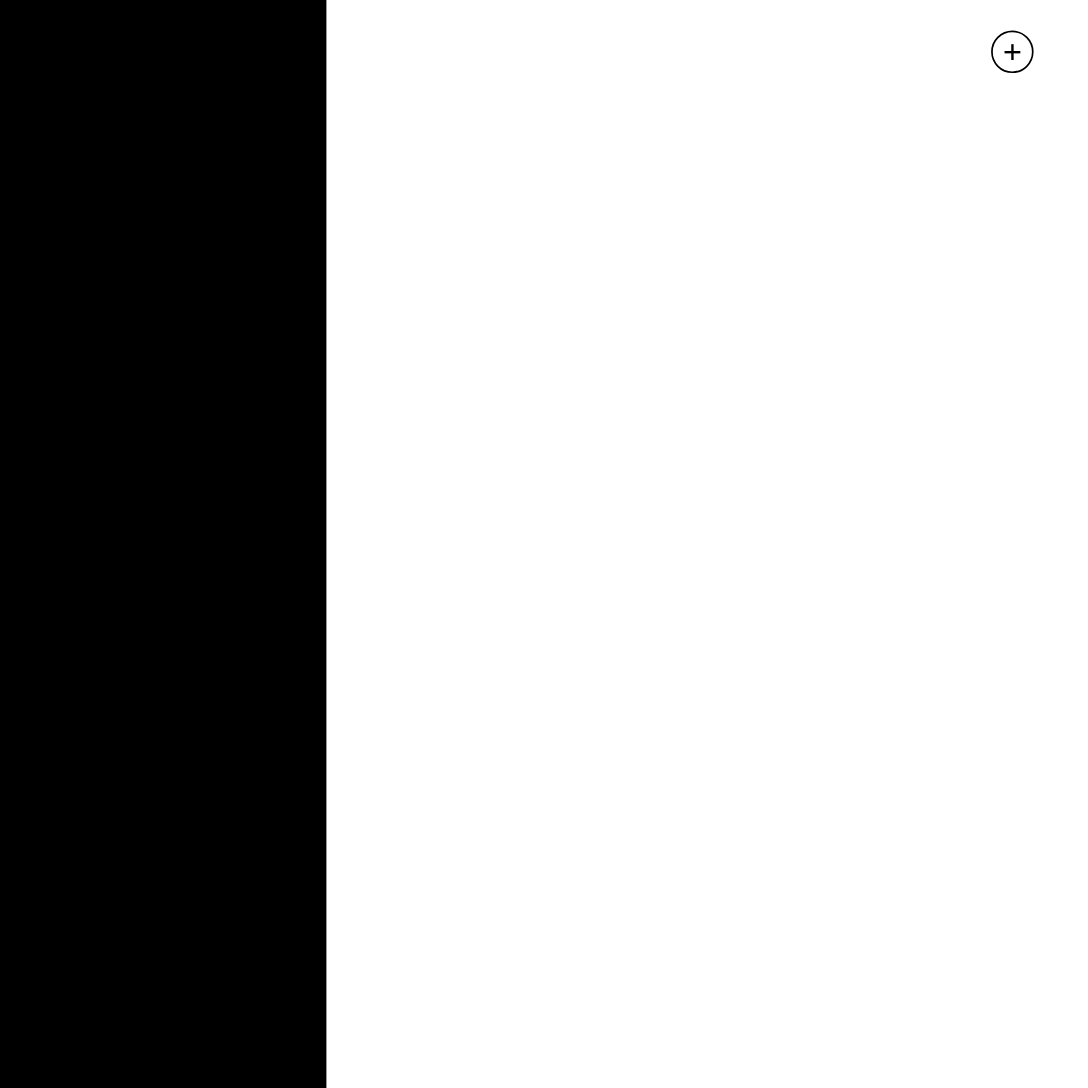
Repository: Przemian/Day-13-Javascript-Menu
Page: index.html
An editor plug-in stored every save of this project. The page is shown before and after the next save, followed by the edit.
The browser window is 1280 px wide. The pictures show the whole page, at 85% of full size.
The pointer rests on the first visible `.circle`.

Above is the page before, as saved 2020-07-19 16:35:55.

After the next save:
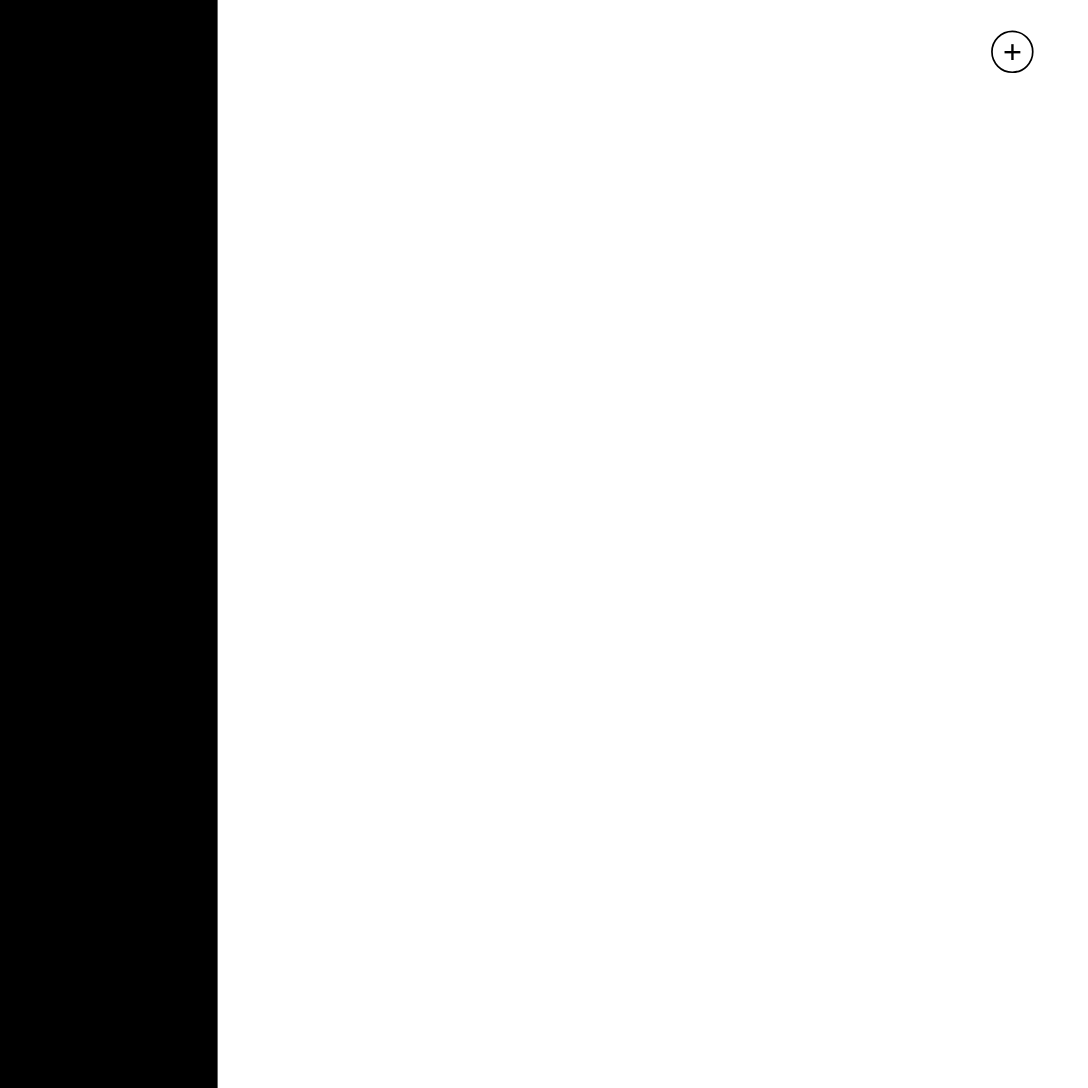
Saved 8 s later.
--- a/style.css
+++ b/style.css
@@ -37,5 +37,5 @@
 }
 
 .circle:hover~.menu {
-    width: 30vw;
+    width: 20vw;
 }
